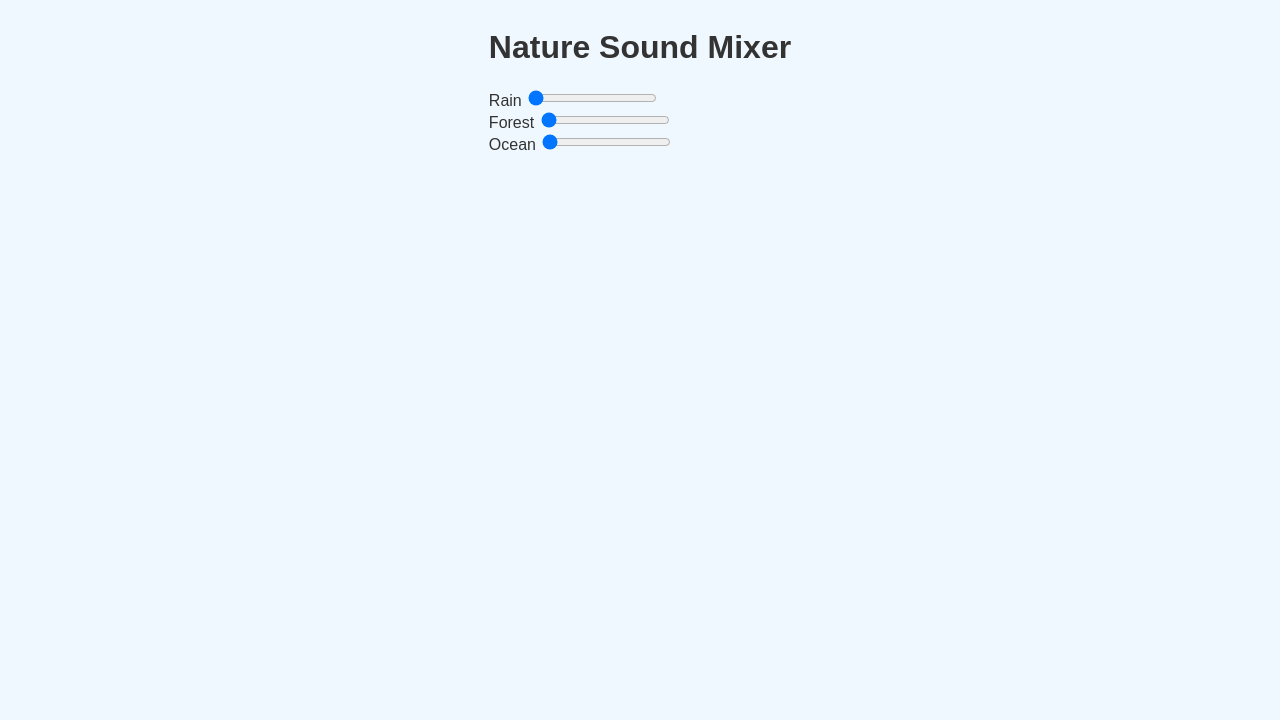
Repository: Suonii/nature-sound-mixer
Page: index.html
These files come from the project's save history. The page is drawn as it stood at one moment and after the next save; the edit follows.
The browser window is 1280 px wide. The pictures show the whole page.

Above is the page before, as saved 2024-07-24 09:55:28.

### index.html
<!DOCTYPE html>
<!-- Declares the document type and version of HTML-->
<html lang="en">
<!-- Sets the language attribute to english-->
<head>
    <!--sets the character encoding for the document UTF-8-->
    <meta charset="UTF=8">
    <!--ensures the page is responsive to different screen sizes and sets the viewport(the visible area of a webpage)-->
    <meta name="viewport" content="width=device-width, initial-scale=1.0">
    <!--the title of the webpage, displayed in the browser tab-->
    <title>Nature Sound Mixer</title>
    <!--links to the external css file for styling the webpage-->
    <link rel="stylesheet" href="styles.css">

</head>
<body>
    <!--The main container for te content of the web page-->
    <div class="container">
        <!--header title for the nature sound mixer-->
        <h1>Nature Sound Mixer</h1>

        <!--sound control section for rain sound-->
        <div class="sound control" id="rain">
            <!--label for the rain volume slider-->
            <label for="rain-slider">Rain</label>
            <!--Range input slider for controlling rain sound volume-->
            <input type="range" min="0" max="1" step="0.01" value="0" class="volume-slider" id="rain-slider">
    </div>

    <!--sound control section for forest sound-->
    <div class="sound-control" id="forest">
        <!--label for the forest volume slider-->
        <label for="forest-slider">Forest</label>
        <!--Range input slider for controlling forest sound volume -->
        <input type="range" min="0" max="1" step="0.01" value="0" class="volume-slider" id="forest-slider">
    </div>

    <!--sound control section for ocean sound-->
    <div class=" sound-control" id="ocean">
        <!--label for the volume slider-->
        <label for="ocean-slider">Ocean</label>
        <!--range input slider for controlling ocean sound volume-->
        <input type="range" min="0" max="1" step="0.01" value="0" class="volume-slider" id="ocean-slider">
    </div>
</div>
<!--links to the external javascript file for adding functionality-->
<script src="script.js"></script>
</body>
</html>

### styles.css
/*basic styling for the body element*/
body {
    /*sets the font family for the body text*/
    font-family: Arial, sans-serif;
    /*background color of the page*/
    background-color: #f0f8ff;
    /*text color for the page*/
    color: #333;
    /* centers the container vertically and horizontally*/
    display: flex;
    justify-content: center;
    align-items: center;
    /*full height of the viewport*/
    height:;
}

Loaded but not shown: script.js (no copy from this time; the picture is the same without it)

After the next save:
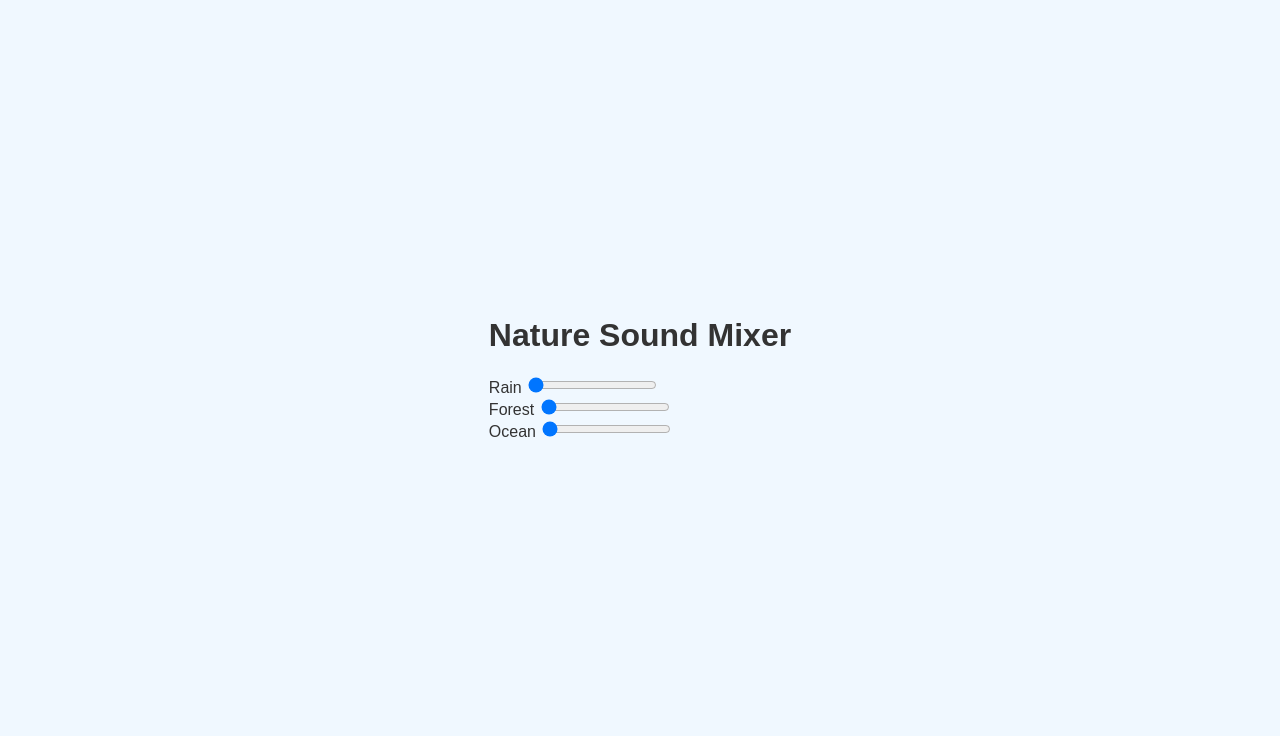
Saved 7 s later.
--- a/styles.css
+++ b/styles.css
@@ -11,5 +11,5 @@ body {
     justify-content: center;
     align-items: center;
     /*full height of the viewport*/
-    height:;
+    height:100vh;
 }
